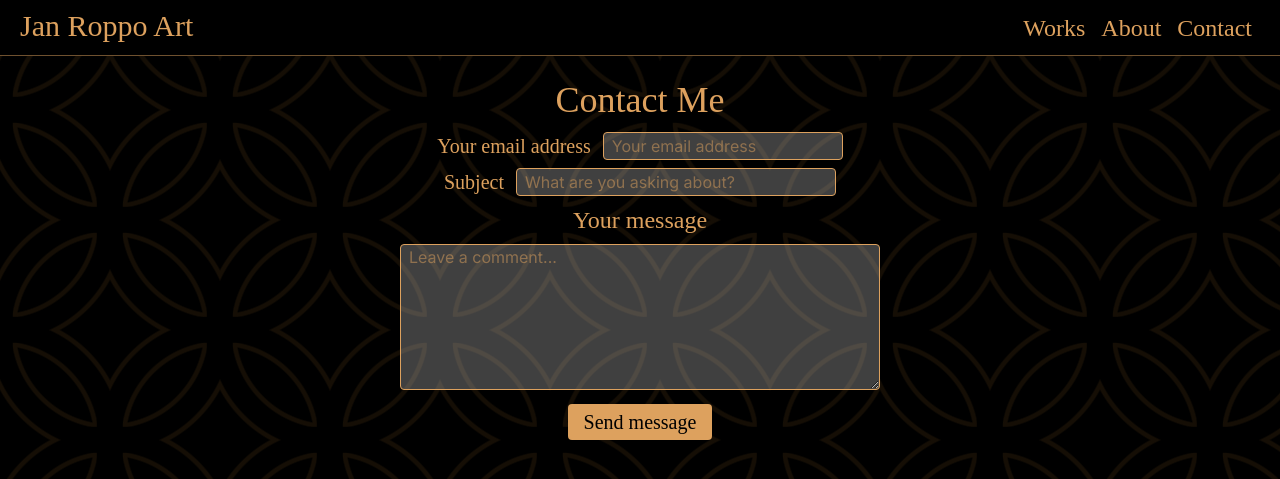
Repository: YanceMcFinn/JRArt
Page: /contact
These files come from the project's save history. The page is drawn as it stood at one moment and after the next save; the edit follows.
The browser window is 1280 px wide. The pictures show the whole page.
Some web fonts or font styles are not loaded; a fallback is used. The project was rebuilt for these pictures with package versions that can differ from the ones it lists, and the page was loaded fresh each time. The framework's server and built-in components were replaced by stand-ins that run in the browser. Also part of the build but not shown: next.config.js.

Above is the page before, as saved 2023-10-29 14:35:31.

### app/layout.js
import './globals.css'
import { Inter } from 'next/font/google'

import Navbar from './components/Navbar'

const inter = Inter({ subsets: ['latin'] })

export const metadata = {
  title: 'Jan Roppo Art',
  description: 'The art of Jan Roppo',
}

export default function RootLayout({ children }) {
  return (
    <html lang="en">
      <head>
        <link rel="preconnect" href="https://fonts.googleapis.com" />
        <link rel="preconnect" href="https://fonts.gstatic.com" crossorigin />
        <link href="https://fonts.googleapis.com/css2?family=Macondo+Swash+Caps&display=swap" rel="stylesheet" />
      </head>
      <body className={inter.className}>
        <Navbar />
        {children}
      </body>
    </html>
  )
}

### app/contact/page.jsx
'use client'

import Image from 'next/image'

export default function Contact() {
    return(
        <div className='text-main-color text-center justify-content-center mt-20'>
            <div className='title text-center text-4xl mb-3'>Contact Me</div>
                <form className='md:w-9/12 mx-auto justify-center'>
                    <div className='w-6/12 mb-2 flex justify-center mx-auto'>
                        <label for="email" className='pr-3 title text-xl'>Your email address</label>
                        <input type="email" className='rounded w-6/12 px-2 bg-white/25 border border-main-color text-main-color placeholder-main-color/50 focus:border-main-color focus:border-2 focus:outline-none focus:ring-0'id="email" placeholder="Your email address" required/>
                    </div>
                    <div className='w-6/12 mb-2 flex justify-center mx-auto'>
                        <label for="subject" className='pr-3 title text-xl'>Subject</label>
                        <input type="text" id="subject" className='rounded w-4/6 px-2 bg-white/25 border border-main-color text-main-color placeholder-main-color/50 focus:border-main-color focus:border-2 focus:outline-none focus:ring-0' placeholder="What are you asking about?" required/>
                    </div>
                    <div className='w-9/12 md:w-6/12 mx-auto'>
                        <label for="message" className='title text-2xl' >Your message</label><br/>
                        <textarea id="message" rows="6" placeholder="Leave a comment..." className='rounded w-full px-2 mt-2 bg-white/25 border border-main-color text-main-color placeholder-main-color/50 focus:border-main-color focus:border-2 focus:outline-none focus:ring-0'></textarea>
                    </div>
          <button type="submit" className='bg-main-color text-black title text-xl rounded px-4 py-1 mt-2'>Send message</button>
      </form>
        </div>
    )
}

### app/globals.css
@tailwind base;
@tailwind components;
@tailwind utilities;

@import url('https://fonts.googleapis.com/css2?family=Macondo+Swash+Caps&display=swap');
/* body {
 background-color: black;
} */


.title {
    font-family: 'Macondo Swash Caps', cursive;
}

html {
    --s: 220px; /* control the size */
    --c1: #150e05;
    --c2: #000000;

    --_g:radial-gradient(#0000 60%,var(--c1) 61% 63%,#0000 64% 77%,var(--c1) 78% 80%,#0000 81%);
    --_c:,#0000 75%,var(--c2) 0;
    background:
      conic-gradient(at 12% 20% var(--_c)) calc(var(--s)* .44) calc(.9*var(--s)),
      conic-gradient(at 12% 20% var(--_c)) calc(var(--s)*-.06) calc(.4*var(--s)),
      conic-gradient(at 20% 12% var(--_c)) calc(.9*var(--s)) calc(var(--s)* .44),
      conic-gradient(at 20% 12% var(--_c)) calc(.4*var(--s)) calc(var(--s)*-.06),
      var(--_g),var(--_g) calc(var(--s)/2) calc(var(--s)/2) var(--c2);
    background-size: var(--s) var(--s);
    background-attachment: fixed;
  }

### app/components/Navbar.jsx
import React from "react";

const Navbar = () => {
    return(
    <>
    <div className="top-0 w-full z-10 h-14 bg-black px-5 py-2 text-main-color border-b border-b-main-color/50 fixed">
      <div className="float-left title text-3xl">
        <a className="hover:text-white" href="/">Jan Roppo Art</a>
      </div>
      <div className="mt-1 float-right title text-2xl">
        <ul>
        <li className="inline px-2">
            <a href="/" className="hover:text-white">Works</a>
          </li>
          <li className="inline px-2">
            <a href="/about" className="hover:text-white">About</a>
          </li>
          <li className="inline px-2">
            <a href="/contact" className="hover:text-white">Contact</a>
          </li>
        </ul>
      </div>
    </div>
    </>

    )
}

export default Navbar

### tailwind.config.js
/** @type {import('tailwindcss').Config} */
module.exports = {
  content: [
    './pages/**/*.{js,ts,jsx,tsx,mdx}',
    './components/**/*.{js,ts,jsx,tsx,mdx}',
    './app/**/*.{js,ts,jsx,tsx,mdx}',
  ],
  theme: {
    extend: {
      backgroundImage: {
      },
      colors: {
        'main-color': '#dda15e'
      },
    },
  },
  plugins: [],
}

After the next save:
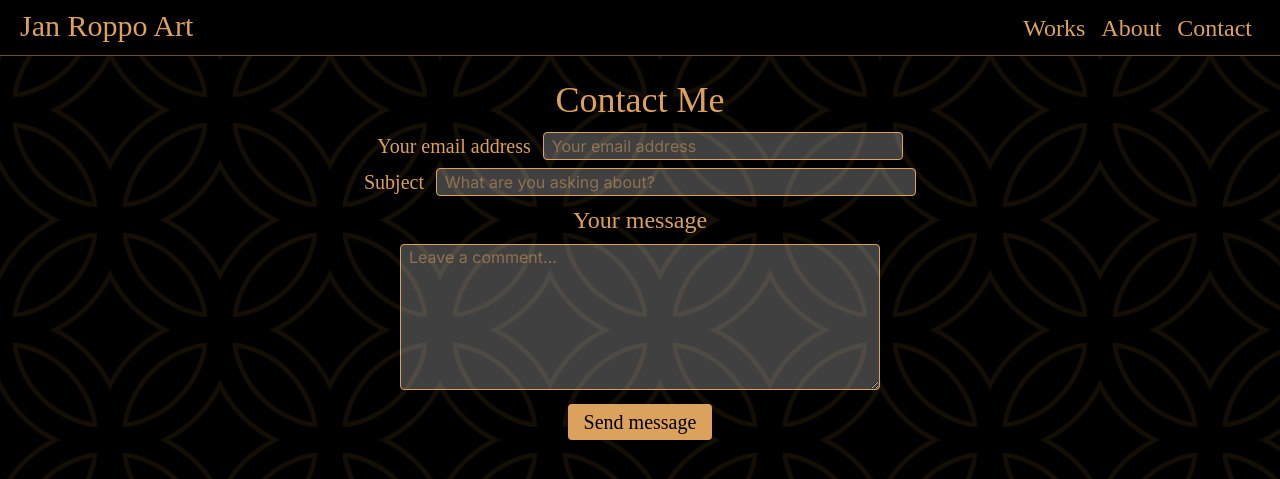
Saved 13 s later.
--- a/app/contact/page.jsx
+++ b/app/contact/page.jsx
@@ -7,11 +7,11 @@
         <div className='text-main-color text-center justify-content-center mt-20'>
             <div className='title text-center text-4xl mb-3'>Contact Me</div>
                 <form className='md:w-9/12 mx-auto justify-center'>
-                    <div className='w-6/12 mb-2 flex justify-center mx-auto'>
+                    <div className='w-9/12 mb-2 flex justify-center mx-auto'>
                         <label for="email" className='pr-3 title text-xl'>Your email address</label>
                         <input type="email" className='rounded w-6/12 px-2 bg-white/25 border border-main-color text-main-color placeholder-main-color/50 focus:border-main-color focus:border-2 focus:outline-none focus:ring-0'id="email" placeholder="Your email address" required/>
                     </div>
-                    <div className='w-6/12 mb-2 flex justify-center mx-auto'>
+                    <div className='w-9/12 mb-2 flex justify-center mx-auto'>
                         <label for="subject" className='pr-3 title text-xl'>Subject</label>
                         <input type="text" id="subject" className='rounded w-4/6 px-2 bg-white/25 border border-main-color text-main-color placeholder-main-color/50 focus:border-main-color focus:border-2 focus:outline-none focus:ring-0' placeholder="What are you asking about?" required/>
                     </div>

After the 2 saves that followed:
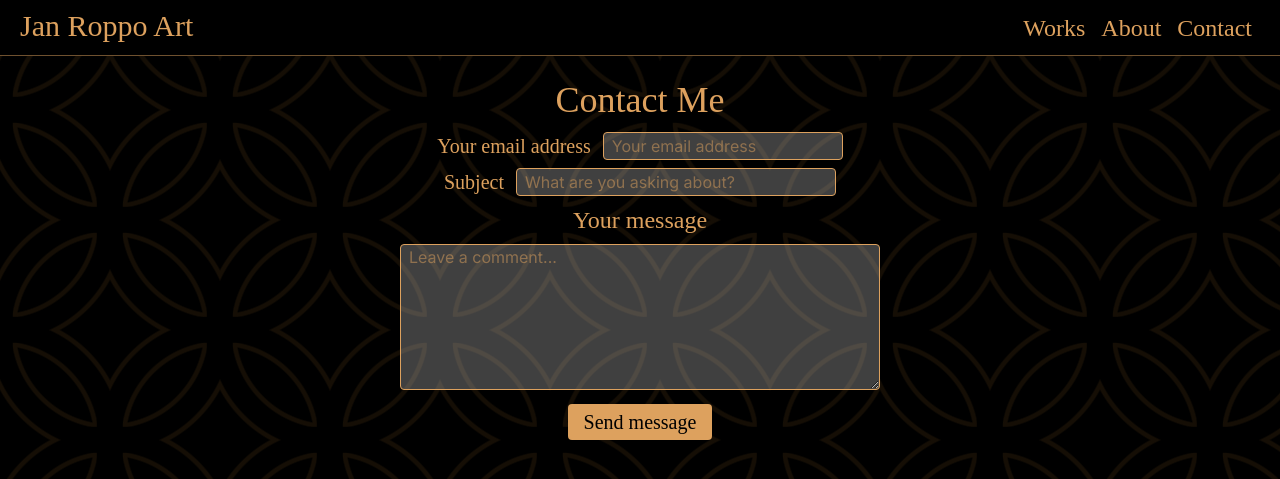
The 2 saves are shown as one change because 1 left the picture as it was.
The last was saved 2 min 51 s later.
--- a/app/contact/page.jsx
+++ b/app/contact/page.jsx
@@ -7,11 +7,11 @@
         <div className='text-main-color text-center justify-content-center mt-20'>
             <div className='title text-center text-4xl mb-3'>Contact Me</div>
                 <form className='md:w-9/12 mx-auto justify-center'>
-                    <div className='w-9/12 mb-2 flex justify-center mx-auto'>
+                    <div className='w-9/12 md:w-6/12 mb-2 flex justify-center mx-auto'>
                         <label for="email" className='pr-3 title text-xl'>Your email address</label>
                         <input type="email" className='rounded w-6/12 px-2 bg-white/25 border border-main-color text-main-color placeholder-main-color/50 focus:border-main-color focus:border-2 focus:outline-none focus:ring-0'id="email" placeholder="Your email address" required/>
                     </div>
-                    <div className='w-9/12 mb-2 flex justify-center mx-auto'>
+                    <div className='w-9/12 md:w-6/12 mb-2 flex justify-center mx-auto'>
                         <label for="subject" className='pr-3 title text-xl'>Subject</label>
                         <input type="text" id="subject" className='rounded w-4/6 px-2 bg-white/25 border border-main-color text-main-color placeholder-main-color/50 focus:border-main-color focus:border-2 focus:outline-none focus:ring-0' placeholder="What are you asking about?" required/>
                     </div>
